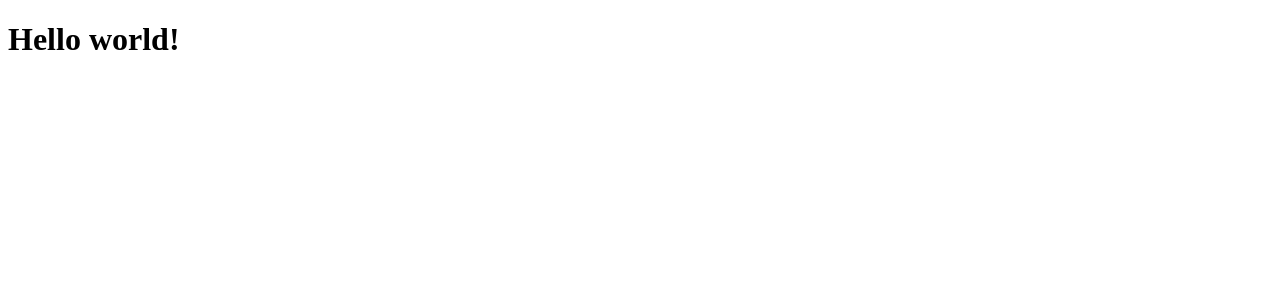
Repository: kocokoy/apple_website
Page: /
An editor plug-in stored every save of this project. The page is shown before and after the next save, followed by the edit.
The browser window is 1280 px wide. The pictures show the whole page.
The project was rebuilt for these pictures with package versions that can differ from the ones it lists, and the page was loaded fresh each time. Also part of the build but not shown: vite.config.js.

Above is the page before, as saved 2025-05-19 15:29:43.

### src/App.jsx
const App = () => {
  return (
    <h1 className="text-3xl font-bold underline">
      Hello world!
    </h1>
  )
}

export default App

### src/index.css
/* @tailwind base;
@tailwind components;
@tailwind utilities;

* {
  margin: 0;
  padding: 0;
  box-sizing: border-box;
}

body {
  color: white;
  width: 100dvw;
  overflow-x: hidden;
  height: 100%;
  background: #000;
  border-color: #3b3b3b;
  user-select: none;
}

canvas {
  touch-action: none;
}

.scrim-max-width {
  margin-inline-start: auto;
  margin-inline-end: auto;
  position: relative;
  max-width: 1120px;
}

@layer utilities {
  .flex-center {
    @apply flex items-center justify-center
  }

  .nav-height {
    @apply h-[calc(100vh-60px)]
  }

  .btn {
    @apply px-5 py-2 rounded-3xl bg-blue my-5 hover:bg-transparent border border-transparent hover:border hover:text-blue hover:border-blue
  }

  .color-container {
    @apply flex items-center justify-center px-4 py-4 rounded-full bg-gray-300 backdrop-blur
  }

  .size-btn-container {
    @apply flex items-center justify-center p-1 rounded-full bg-gray-300 backdrop-blur ml-3 gap-1
  }

  .size-btn {
    @apply w-10 h-10 text-sm flex justify-center items-center bg-white text-black rounded-full transition-all
  }

  .common-padding {
    @apply sm:py-32 py-20 sm:px-10 px-5
  }

  .section-heading {
    @apply text-gray lg:text-6xl md:text-5xl text-3xl lg:mb-0 mb-5 font-medium opacity-0 translate-y-20
  }

  .feature-text {
    @apply text-gray max-w-md text-lg md:text-xl font-semibold opacity-0 translate-y-[100px]
  }

  .feature-text-container {
    @apply w-full flex-center flex-col md:flex-row mt-10 md:mt-16 gap-5
  }

  .feature-video {
    @apply w-full h-full object-cover object-center scale-150 opacity-0
  }

  .feature-video-container {
    @apply w-full flex flex-col md:flex-row gap-5 items-center
  }

  .link {
    @apply text-blue hover:underline cursor-pointer flex items-center text-xl opacity-0 translate-y-20
  }

  .control-btn {
    @apply ml-4 p-4 rounded-full bg-gray-300 backdrop-blur flex-center
  }

  .hero-title {
    @apply text-center font-semibold text-3xl text-gray-100 opacity-0 max-md:mb-10
  }

  .hiw-title {
    @apply text-4xl md:text-7xl font-semibold text-center
  }

  .hiw-subtitle {
    @apply text-gray font-semibold text-xl md:text-2xl py-10 text-center
  }

  .hiw-video {
    @apply absolute w-[95%] h-[90%] rounded-[56px] overflow-hidden
  }

  .hiw-text-container {
    @apply flex md:flex-row flex-col justify-between items-start gap-24
  }

  .hiw-text {
    @apply text-gray text-xl font-normal md:font-semibold
  }

  .hiw-bigtext {
    @apply text-white text-3xl md:text-5xl font-normal md:font-semibold my-2
  }

  .video-carousel_container {
    @apply relative sm:w-[70vw] w-[88vw] md:h-[70vh] sm:h-[50vh] h-[35vh]
  }

  .g_fadeIn {
    @apply opacity-0 translate-y-[100px]
  }
} */

Loaded but not shown: index.html (common file); src/main.jsx (common file); tailwind.config.js (common file)

After the next save:
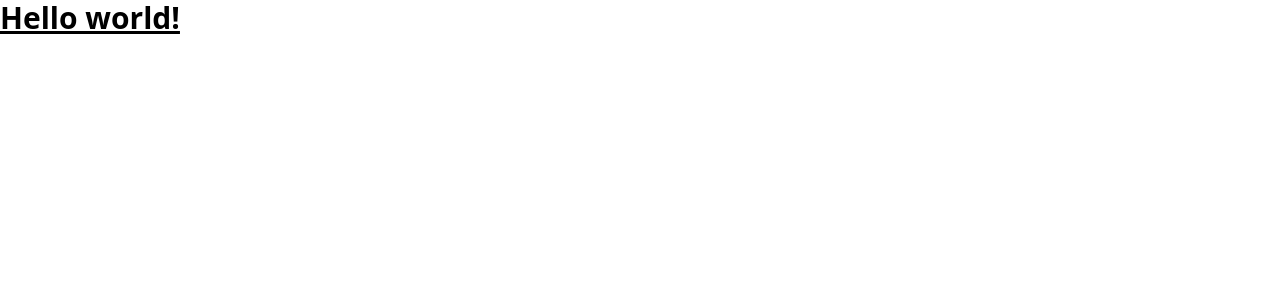
Saved 15 s later.
--- a/src/index.css
+++ b/src/index.css
@@ -1,7 +1,7 @@
-/* @tailwind base;
+ @tailwind base;
 @tailwind components;
 @tailwind utilities;
-
+/*
 * {
   margin: 0;
   padding: 0;
